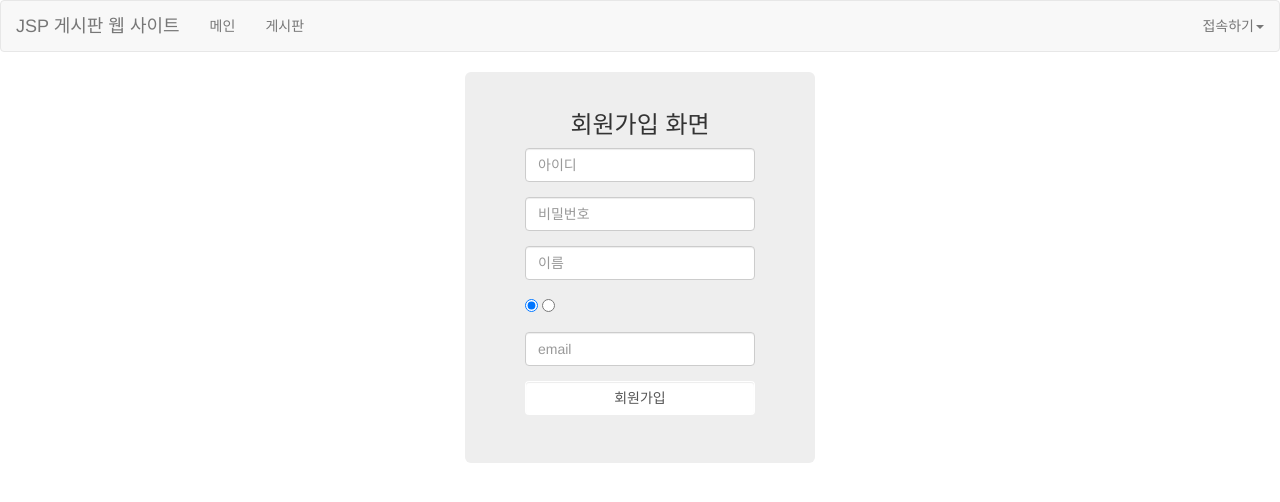
Repository: dirn0568/project
Page: http://localhost/myWeb/join.jsp
The author's editor kept a copy of each file at every save. The page is drawn from the files as they stood at one save, then again after the next save.
The browser window is 1280 px wide. The pictures show the whole page.
The page is served by Tomcat 9.

Above is the page before, as saved 2022-10-06 17:19:35.
Console error (its wording comes from the project's code and is left out).

After the next save:
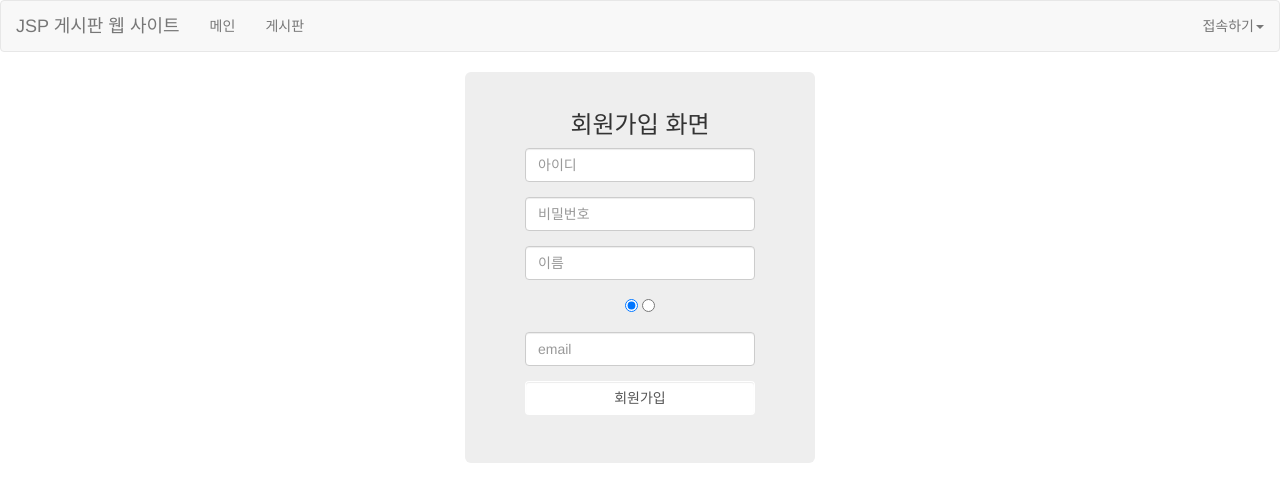
Saved 28 s later.
--- a/myWeb/src/main/webapp/join.jsp
+++ b/myWeb/src/main/webapp/join.jsp
@@ -53,7 +53,7 @@
 					<div class="form-group">
 						<input type="text" class="form-control" placeholder="이름" name="userName" maxlength="20">
 					</div>
-					<div class="form-group">
+					<div class="form-group" style="text-align:center;">
 						<input type="radio" "form-control" name="userGender" value="남자" checked>
 						<input type="radio" "form-control" name="userGender" value="여자">
 					</div>
